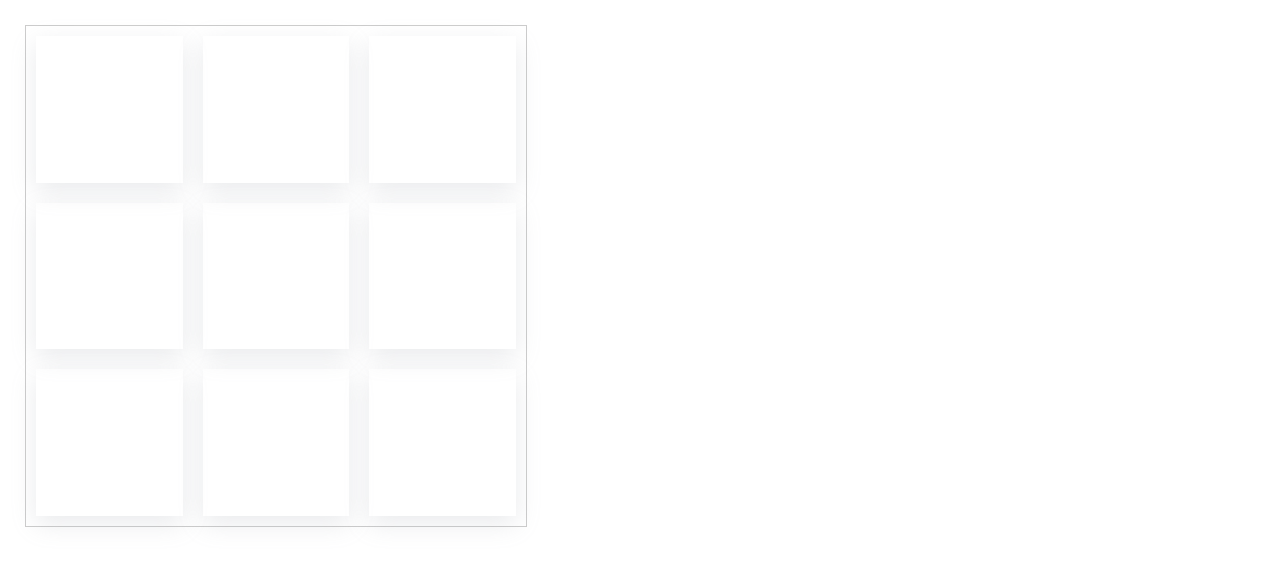
Repository: Phanvangiu/Tictactoe
Page: / (app in tictactoe/)
The author's editor kept a copy of each file at every save. The page is drawn from the files as they stood at one save, then again after the next save.
The browser window is 1280 px wide. The pictures show the whole page.
The project was rebuilt for these pictures with package versions that can differ from the ones it lists, and the page was loaded fresh each time.

Above is the page before, as saved 2023-10-11 09:40:27.

### tictactoe/src/App.js

import './App.css';
import Game from './Cgame/Game';
function App() {
  return (
    <div className="App">
      <Game></Game>
    </div>
  );
}

export default App;

### tictactoe/src/Cgame/Game.js
import { useState } from "react";
import Board from "./Board";
import "./GameStyle.css";

const Game = () => {
  const [board, setBoard] = useState(Array(9).fill(null));
  return (
    <div>
      <Board cells={board}></Board>
    </div>
  );
};

export default Game;

### tictactoe/src/Cgame/Board.js
import React from "react";
import Cell from "./Cell";
const Board = (props) => {
  // const cells = [null, null, null, "x", "x", "x", null, null, null];
  return (
    <div className="game-board">
      {props.cells.map((item, index) => (
        <Cell key={index} />
      ))}
    </div>
  );
};

export default Board;

### tictactoe/src/Cgame/GameStyle.css
.game-board {
  margin: 25px;
  width: 500px;
  height: 500px;
  border: 1px solid #ccc;
  display: grid;
  grid-template-columns: repeat(3, 1fr);
  grid-template-rows: repeat(3, 1fr);
}
.game-cell {
  box-shadow: rgba(149, 157, 165, 0.2) 0px 8px 24px;
  margin: 10px;
  display: flex;
  justify-content: center;
  align-items: center;
}

### tictactoe/src/Cgame/Cell.js
import React from "react";
//Truyền vào props là các oject gồm (value, onClick())
const Cell = (props) => {
  return <div className="game-cell" onClick={props.onClick}></div>;
};

export default Cell;

Loaded but not shown: tictactoe/public/index.html (common file); tictactoe/src/index.js (common file); tictactoe/src/index.css (common file); tictactoe/src/reportWebVitals.js (common file); tictactoe/src/App.css (common file)

After the next save:
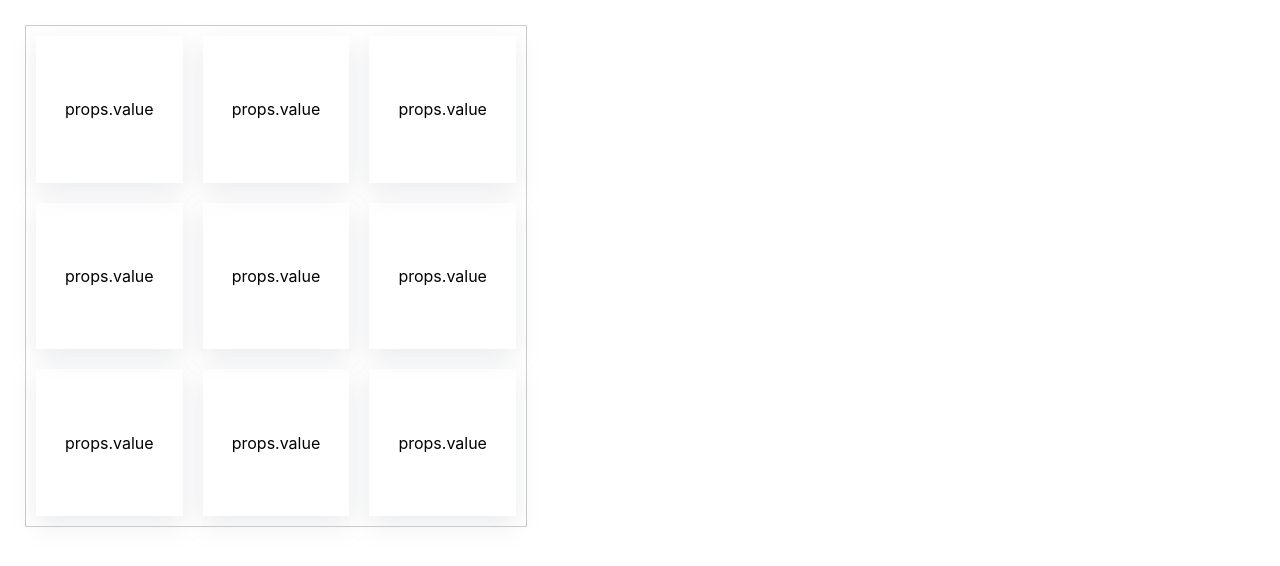
Saved 11 s later.
--- a/tictactoe/src/Cgame/Cell.js
+++ b/tictactoe/src/Cgame/Cell.js
@@ -1,7 +1,11 @@
 import React from "react";
 //Truyền vào props là các oject gồm (value, onClick())
 const Cell = (props) => {
-  return <div className="game-cell" onClick={props.onClick}></div>;
+  return (
+    <div className="game-cell" onClick={props.onClick}>
+      props.value
+    </div>
+  );
 };
 
 export default Cell;

After the save that followed:
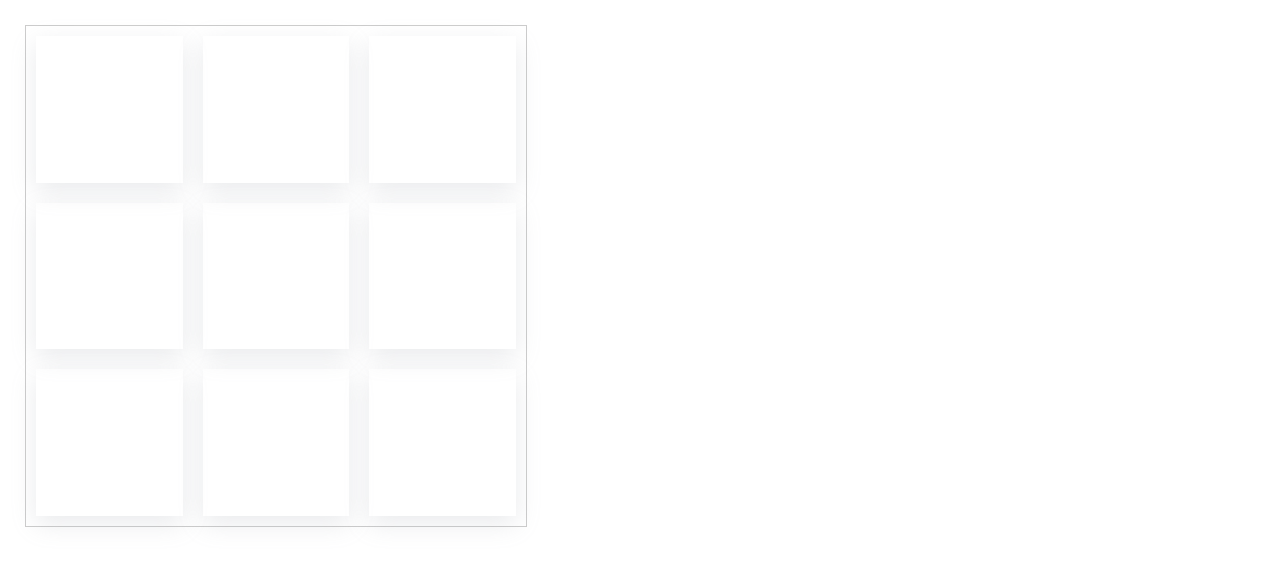
Saved 5 s later.
--- a/tictactoe/src/Cgame/Cell.js
+++ b/tictactoe/src/Cgame/Cell.js
@@ -3,7 +3,7 @@
 const Cell = (props) => {
   return (
     <div className="game-cell" onClick={props.onClick}>
-      props.value
+      {props.value}
     </div>
   );
 };
